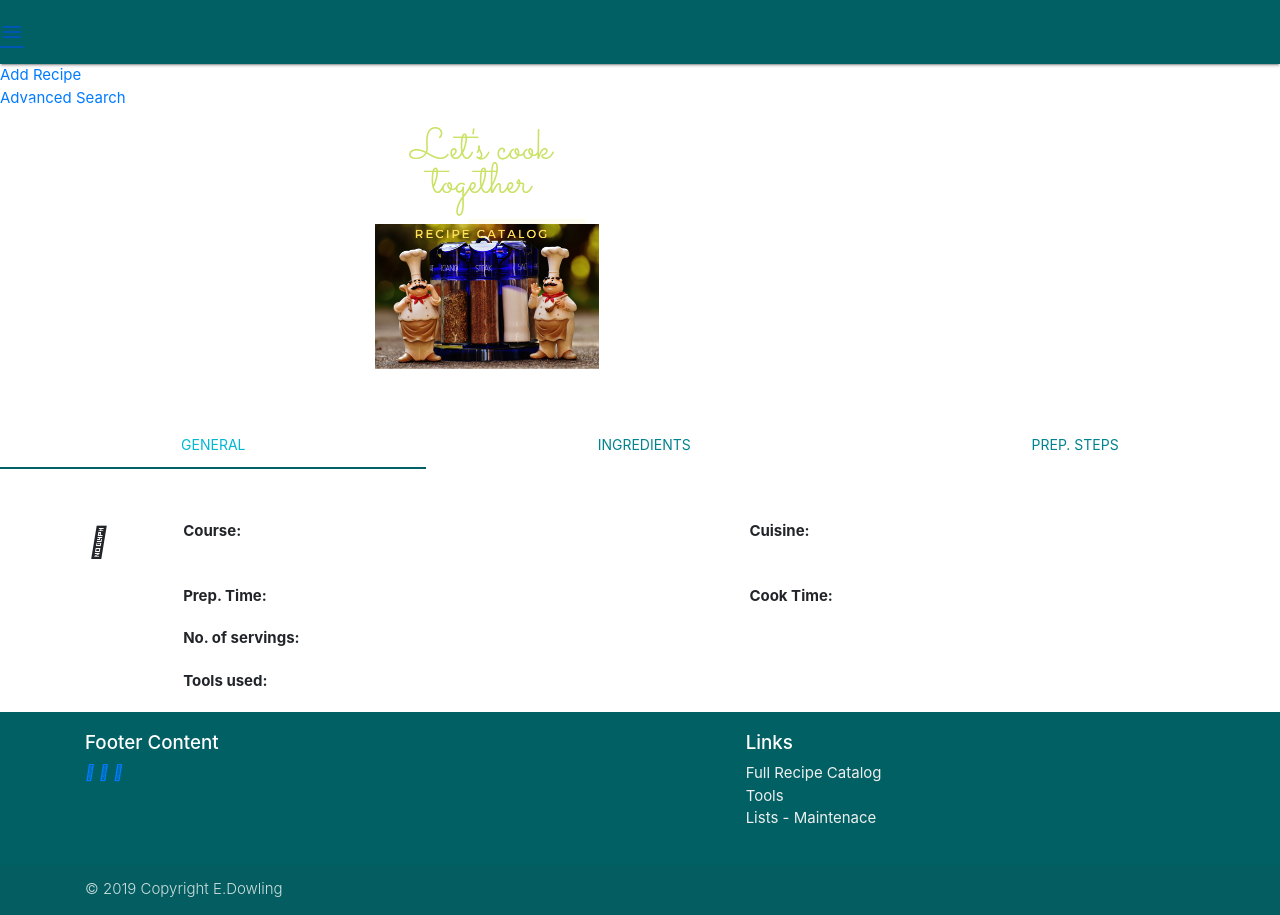
Repository: eldowling/lets-cook-together
Page: templates/recipe.html
The author's editor kept a record of every edit. The page is drawn from the files as they stood at one moment, then again after the next edit.
The browser window is 1280 px wide. The pictures show the whole page.
Some web libraries are served in a nearby version. The page is served by the project's application, run on Flask 3 (app.py). The template is opened directly, without the code that normally fills it, so the values that code supplies are empty.

Above is the page before.
Console error: TypeError: $(...).collapsible is not a function

After the next edit:
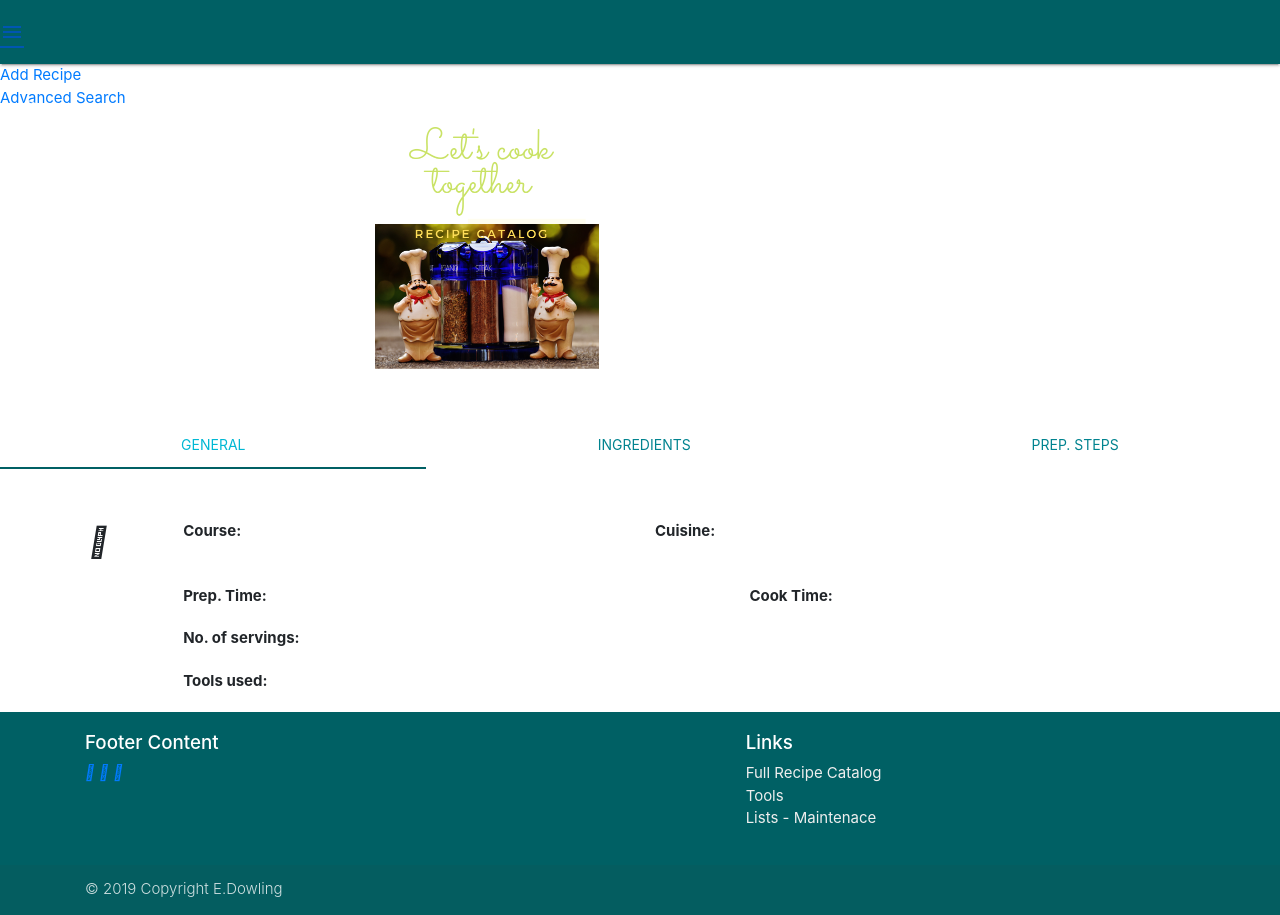
The edit:
--- a/templates/recipe.html
+++ b/templates/recipe.html
@@ -23,7 +23,7 @@
     <div class="col-1">
       <i class="fas fa-coffee fa-2x"></i>
     </div>
-    <div class="col-6">
+    <div class="col-5">
         <strong>Course: </strong>{{recipe.course}}
     </div>
     <div class="col-4">
